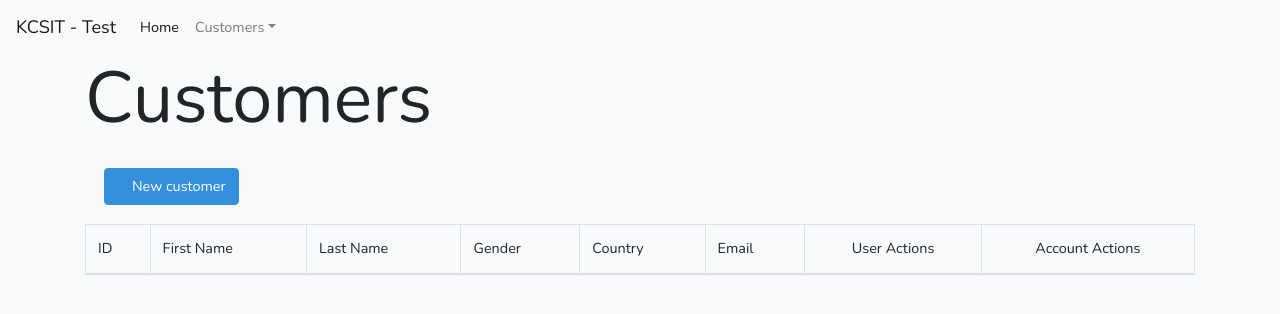
Repository: GilmarBrito/kcsit
Page: resources/views/customers/index.blade.php
An editor plug-in stored every save of this project. The page is shown before and after the next save, followed by the edit.
The browser window is 1280 px wide. The pictures show the whole page.
The page is served by the project's Laravel application, run on PHP 8.4 with Laravel 8. Style sheets and scripts are compiled from the project's sources, by tool versions that may differ from the author's. The template is opened directly, without the code that normally fills it, so the values that code supplies are empty.

Above is the page before, as saved 2020-03-08 20:39:37.
Console error: ReferenceError: $ is not defined

After the next save:
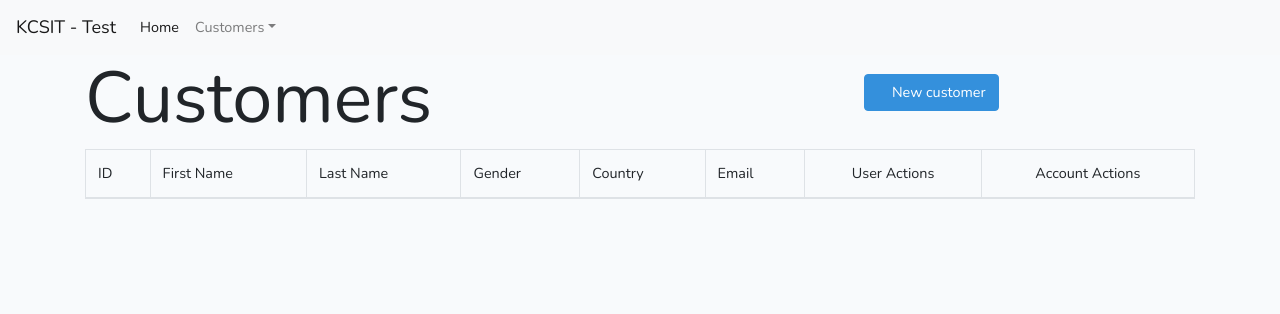
Saved 30 s later.
--- a/resources/views/customers/index.blade.php
+++ b/resources/views/customers/index.blade.php
@@ -2,10 +2,10 @@
 
 @section('main')
 <div class="row">
-    <div class="col-sm-12">
+    <div class="col-sm-8">
         <h1 class="display-3">Customers</h1>
     </div>
-    <div class="col-sm-12">
+    <div class="col-sm-4">
         <a style="margin: 19px;" href="{{route('customers.create')}}" class="btn btn-primary"><i class="fas fa-user-plus"></i> New customer</a>
     </div>
     <div class="col-sm-12">
